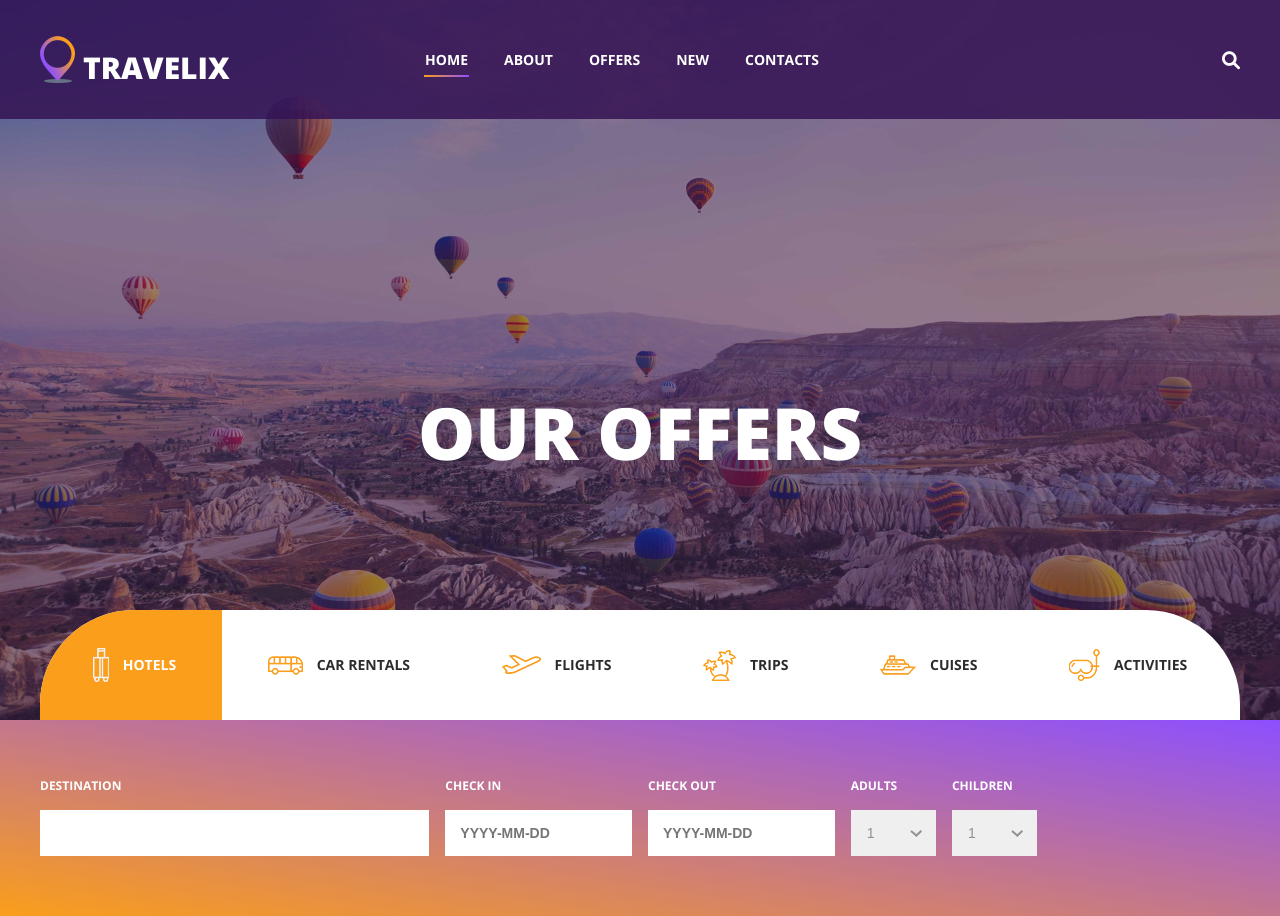
Repository: phamhuuloc/Travelix_Template
Page: offers.html
These files come from the project's save history. The page is drawn as it stood at one moment and after the next save; the edit follows.
The browser window is 1280 px wide. The pictures show the whole page.
Some web fonts or font styles are not loaded; a fallback is used.

Above is the page before, as saved 2021-10-17 10:59:40.

After the next save:
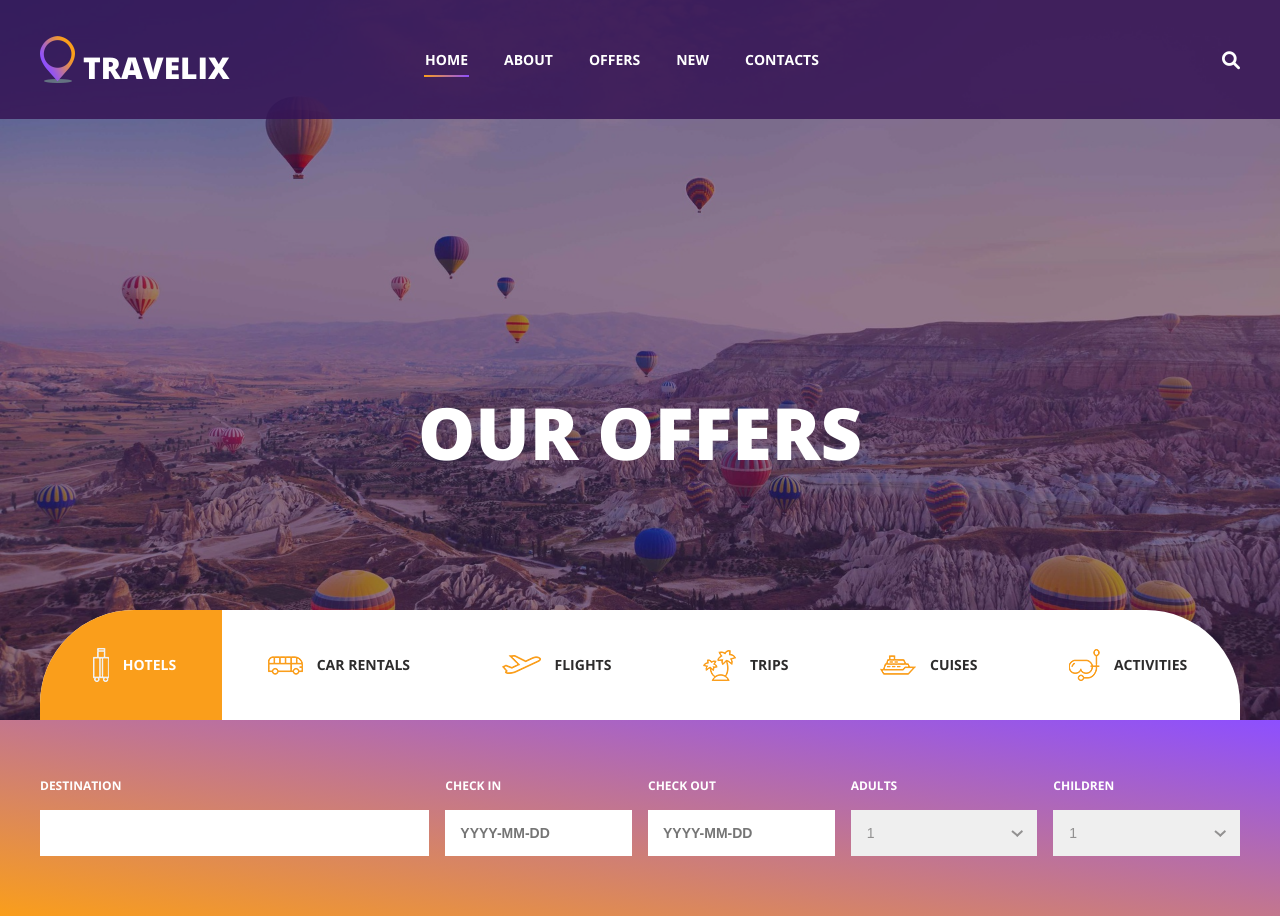
Saved 9 s later.
--- a/offers.html
+++ b/offers.html
@@ -204,7 +204,7 @@
             />
           </div>
         </div>
-        <div class="search__item col l-1">
+        <div class="search__item col l-2">
           <div class="search__item-container">
             <h4>Adults</h4>
             <!-- <input
@@ -224,7 +224,7 @@
             </select>
           </div>
         </div>
-        <div class="search__item col l-1">
+        <div class="search__item col l-2">
           <div class="search__item-container">
             <h4>Children</h4>
             <select
